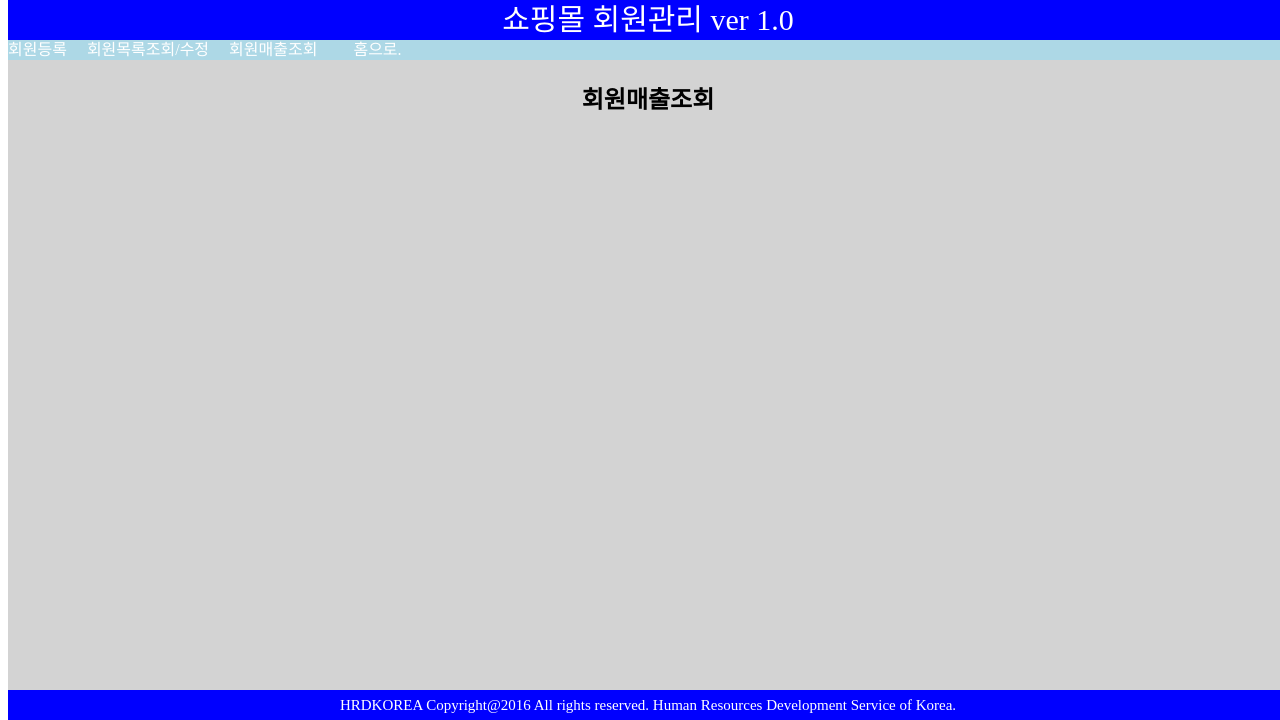
Repository: leesuyeon116/HRD_1
Page: http://localhost/HRD_0416/salary.jsp
These files come from the project's save history. The page is drawn as it stood at one moment and after the next save; the edit follows.
The browser window is 1280 px wide. The pictures show the whole page.
The page is served by Tomcat 9.

Above is the page before, as saved 2024-04-17 01:30:06.

After the next save:
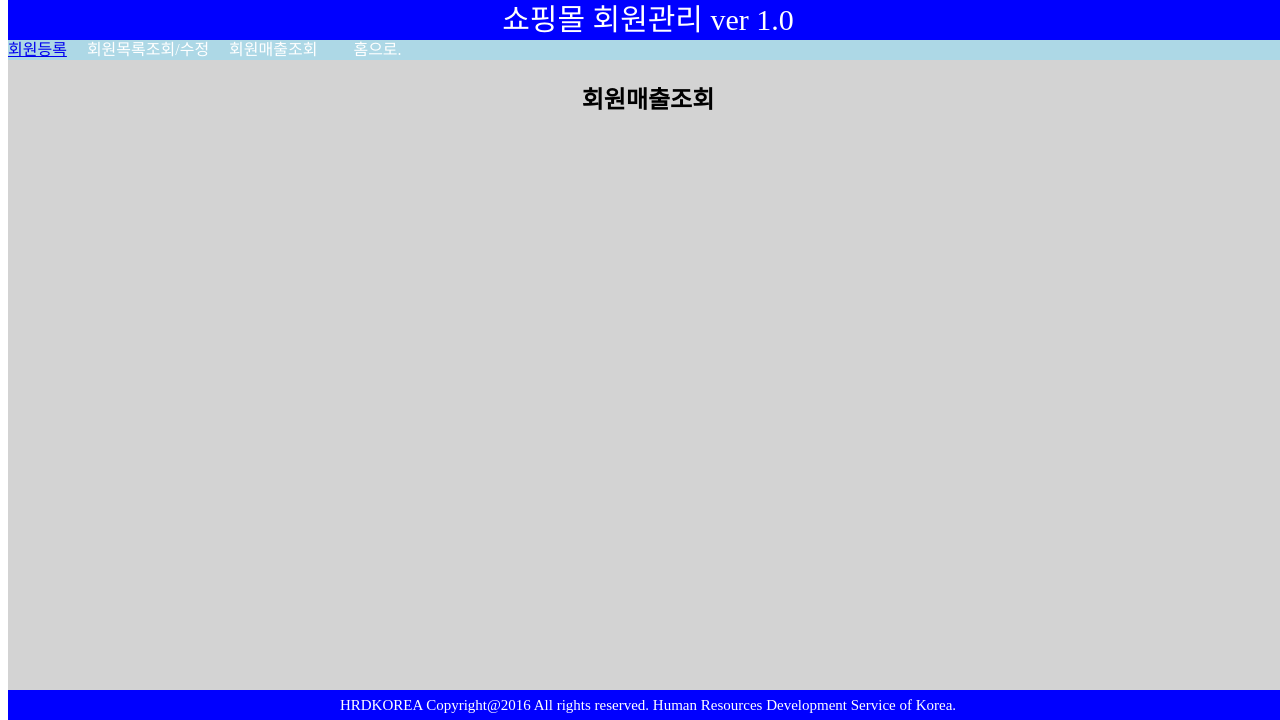
Saved 58 s later.
--- a/HRD_0416/src/main/webapp/header.jsp
+++ b/HRD_0416/src/main/webapp/header.jsp
@@ -10,7 +10,7 @@
     text-align: center; line-height: 40px; font-size: 30px"> 쇼핑몰 회원관리 ver 1.0</header>
 
     <nav style="position: fixed; top: 40px; width: 100%; height: 20px; background-color: lightblue; color: white; line-height: 20px;">
-        회원등록 &nbsp; &nbsp;
+        <a href="join.jsp">회원등록</a> &nbsp; &nbsp;
         회원목록조회/수정 &nbsp; &nbsp;
         회원매출조회 &nbsp; &nbsp; &nbsp; &nbsp;
         홈으로.
